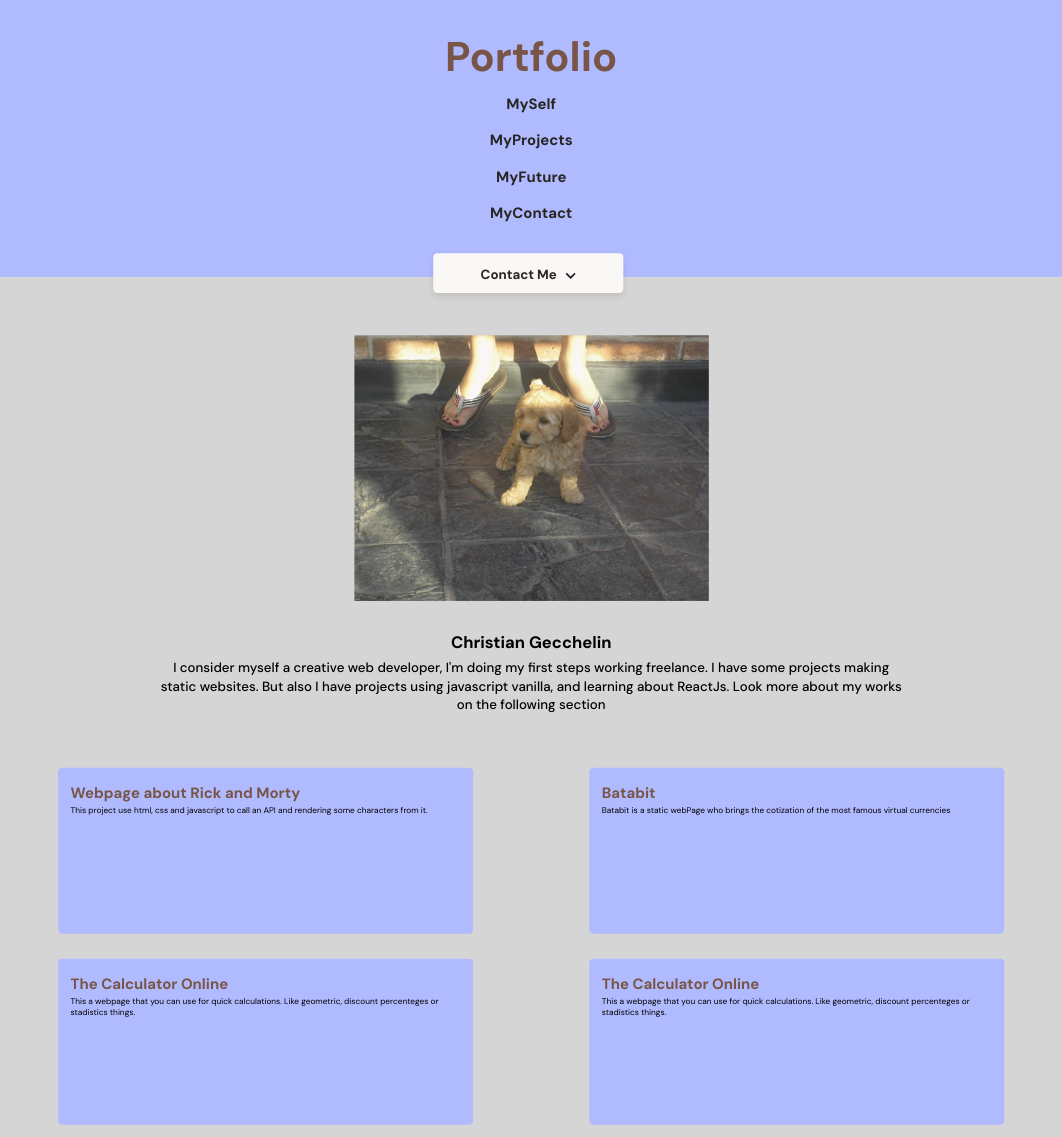
Repository: ChristianGecchelin/PortfolioOnline
Page: index.html
An editor plug-in stored every save of this project. The page is shown before and after the next save, followed by the edit.
The browser window is 1280 px wide. The pictures show the whole page, at 83% of full size.

Above is the page before, as saved 2022-01-10 11:20:09.

### index.html
<!DOCTYPE html>
<html lang="en">
  <head>
    <meta charset="UTF-8" />
    <meta http-equiv="X-UA-Compatible" content="IE=edge" />
    <meta name="viewport" content="width=device-width, initial-scale=1.0" />
    <title>Portfolio Christian</title>
    <link rel="preconnect" href="https://fonts.googleapis.com" />
    <link rel="preconnect" href="https://fonts.gstatic.com" crossorigin />
    <link
      href="https://fonts.googleapis.com/css2?family=DM+Sans:wght@400;500;700&family=Inter:wght@300;500&display=swap"
      rel="stylesheet"
    />
    <link rel="stylesheet" href="./styles/styles.css" />
  </head>
  <body>
    <header>
      <nav>
        <h1>Portfolio</h1>
        <ul class="list-container">
          <li class="list-container-link">
            <a class="" href="">MySelf</a>
          </li>
          <li class="list-container-link">
            <a class="" href="">MyProjects</a>
          </li>
          <li class="list-container-link">
            <a class="" href="">MyFuture</a>
          </li>
          <li class="list-container-link">
            <a class="" href="">MyContact</a>
          </li>
        </ul>
        <a class="header--nav-button" href="#MyContact">
          Contact Me<span></span
        ></a>
      </nav>
    </header>
    <main>
      <section class="principalContainer-mySelf">
        <div class="principalContainer-mySelf--image">
          <div class="image-cv"></div>
        </div>
        <div class="principalContainer-mySelf--information">
          <h2>Christian Gecchelin</h2>
          <p>
            I consider myself a creative web developer, I'm doing my first steps
            working freelance. I have some projects making static websites. But
            also I have projects using javascript vanilla, and learning about
            ReactJs. Look more about my works on the following section
          </p>
        </div>
      </section>

      <section class="principalContainer-myProject">
        <div class="rickAndMortyCharacters">
          <h2>Webpage about Rick and Morty</h2>
          <div>
            <div class="img-project"></div>
            <p>
              This project use html, css and javascript to call an API and
              rendering some characters from it.
            </p>
          </div>
        </div>
        <div class="batabit">
          <h2>Batabit</h2>
          <div class="img-project"></div>
          <p>
            Batabit is a static webPage who brings the cotization of the most
            famous virtual currencies
          </p>
        </div>
        <div class="calculatorProject">
          <h2>The Calculator Online</h2>
          <div class="img-project"></div>
          <p>
            This a webpage that you can use for quick calculations. Like
            geometric, discount percenteges or stadistics things.
          </p>
        </div>
        <div class="calculatorProject">
          <h2>The Calculator Online</h2>
          <div class="img-project"></div>
          <p>
            This a webpage that you can use for quick calculations. Like
            geometric, discount percenteges or stadistics things.
          </p>
        </div>
      </section>
      <section class="principalContainer-myFuture"></section>
      <section class="principalContainer-myContact"></section>
    </main>
  </body>
</html>

### styles/styles.css
:root {
  --strong-orange: #f7931a;
  --soft-orange: #ffe9d5;
  --secondary-blue: #1a9af7;
  --soft-blue: #e7f5ff;
  --warm-black: #201e1c;
  --black: #282623;
  --grey: #bababa;
  --off-white: #faf8f7;
  --just-white: #fff;
  --light-violet: #b0bbff;
  --strong-violet: #5764b3;
  --skin-color: #ffecb0;
  --yellow-skin-color: #fff3c9;
  --almost-brown: #b3a169;
  --dark-brown: #795548;
}
* {
  box-sizing: border-box;
  margin: 0;
  padding: 0;
}
html {
  font-size: 62.5%;
  font-family: "DM Sans", sans-serif;
}
header {
  display: flex;
  flex-direction: column;
  justify-content: center;
  height: 334px;
  background: var(--light-violet);
  text-align: center;
}
header nav {
  flex-direction: column;
  justify-content: center;
  width: 90%;
  min-width: 288px;
  height: 218px;
  align-self: center;
  text-align: center;
  margin-top: -30px;
}
header nav h1 {
  font-size: 5rem;
  font-weight: 700;
  line-height: 5rem;
  color: #795548;
}

header nav .list-container-link {
  margin-top: 20px;
  list-style: none;
}
header nav .list-container-link a {
  font-size: 1.8rem;
  font-weight: 700;
  line-height: 2.4rem;
  text-decoration: none;
  color: var(--black);
}

header nav .header--nav-button {
  position: absolute;
  top: 270px;
  left: calc(50% - 118px);
  display: block;
  margin-top: 35px;
  padding: 15px;
  width: 229px;
  height: 48px;
  background-color: var(--off-white);
  font-size: 1.6rem;
  font-weight: 700;
  text-decoration: none;
  color: var(--black);
  box-shadow: 0px 4px 8px rgba(89, 73, 30, 0.16);
  border: none;
  border-radius: 5px;
}
header nav .header--nav-button span {
  display: inline-block;
  width: 13px;
  height: 8px;
  margin-left: 10px;
  background-image: url(../assets/icons/down-arrow.svg);
}
main {
  width: 100%;
  height: auto;
  background-color: #d5d5d5;
}
main .principalContainer-mySelf {
  display: flex;
  flex-direction: column;
  justify-content: center;
  width: 100%;
  min-width: 320px;
  height: auto;
  padding-top: 70px;
  text-align: center;
}
.principalContainer-mySelf--image .image-cv {
  min-width: 320px;
  height: 320px; /* luego en las otras resos lo agrando */
  margin: 0 auto;
  background-image: url(../assets/images/IMG_4340.JPG);
  background-size: contain;
  background-position: center;
  background-repeat: no-repeat;
}
.principalContainer-mySelf--information {
  width: 90%;
  min-width: 288px;
  max-width: 900px;
  text-align: center;
  align-self: center;
  padding-bottom: 50px;
}
.principalContainer-mySelf--information h2 {
  padding-top: 30px;
  font-size: 2rem;
  line-height: 4rem;
}
.principalContainer-mySelf--information p {
  font-size: 1.6rem;
  font-weight: 500;
  line-height: 2.2rem;
}
.principalContainer-myProject {
  display: flex;
  flex-direction: row;
  flex-wrap: wrap;
  justify-content: space-around;
  width: 100%;
  height: auto;
}
.principalContainer-myProject .rickAndMortyCharacters,
.principalContainer-myProject .batabit,
.principalContainer-myProject .calculatorProject {
  width: 90%;
  min-width: 288px;
  max-width: 500px;
  text-align: left;
  height: 200px;
  margin: 15px auto;
  padding: 15px;
  background-color: var(--light-violet);
  border-radius: 5px;
}
.principalContainer-myProject .rickAndMortyCharacters h2,
.principalContainer-myProject .batabit h2,
.principalContainer-myProject .calculatorProject h2 {
  font-weight: 700;
  line-height: 3rem;
  font-size: 2rem;
  color: var(--dark-brown);
}
.principalContainer-myProject .rickAndMortyCharacters h2,
.principalContainer-myProject .batabit h2,
.principalContainer-myProject .calculatorProject h2 {
  font-size: 1.8rem;
}

After the next save:
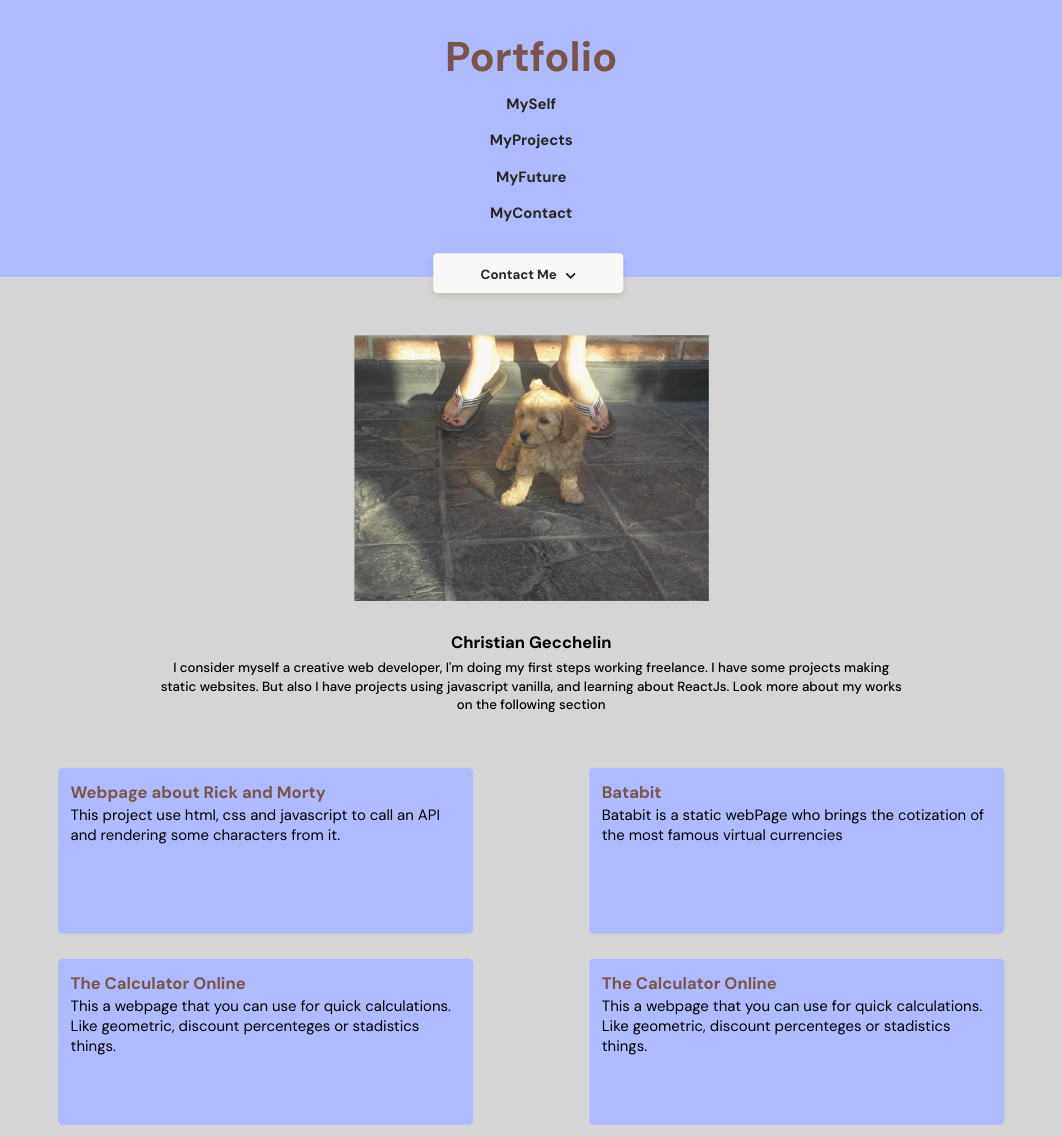
Saved 15 s later.
--- a/styles/styles.css
+++ b/styles/styles.css
@@ -157,8 +157,8 @@ main .principalContainer-mySelf {
   font-size: 2rem;
   color: var(--dark-brown);
 }
-.principalContainer-myProject .rickAndMortyCharacters h2,
-.principalContainer-myProject .batabit h2,
-.principalContainer-myProject .calculatorProject h2 {
+.principalContainer-myProject .rickAndMortyCharacters p,
+.principalContainer-myProject .batabit p,
+.principalContainer-myProject .calculatorProject p {
   font-size: 1.8rem;
 }
